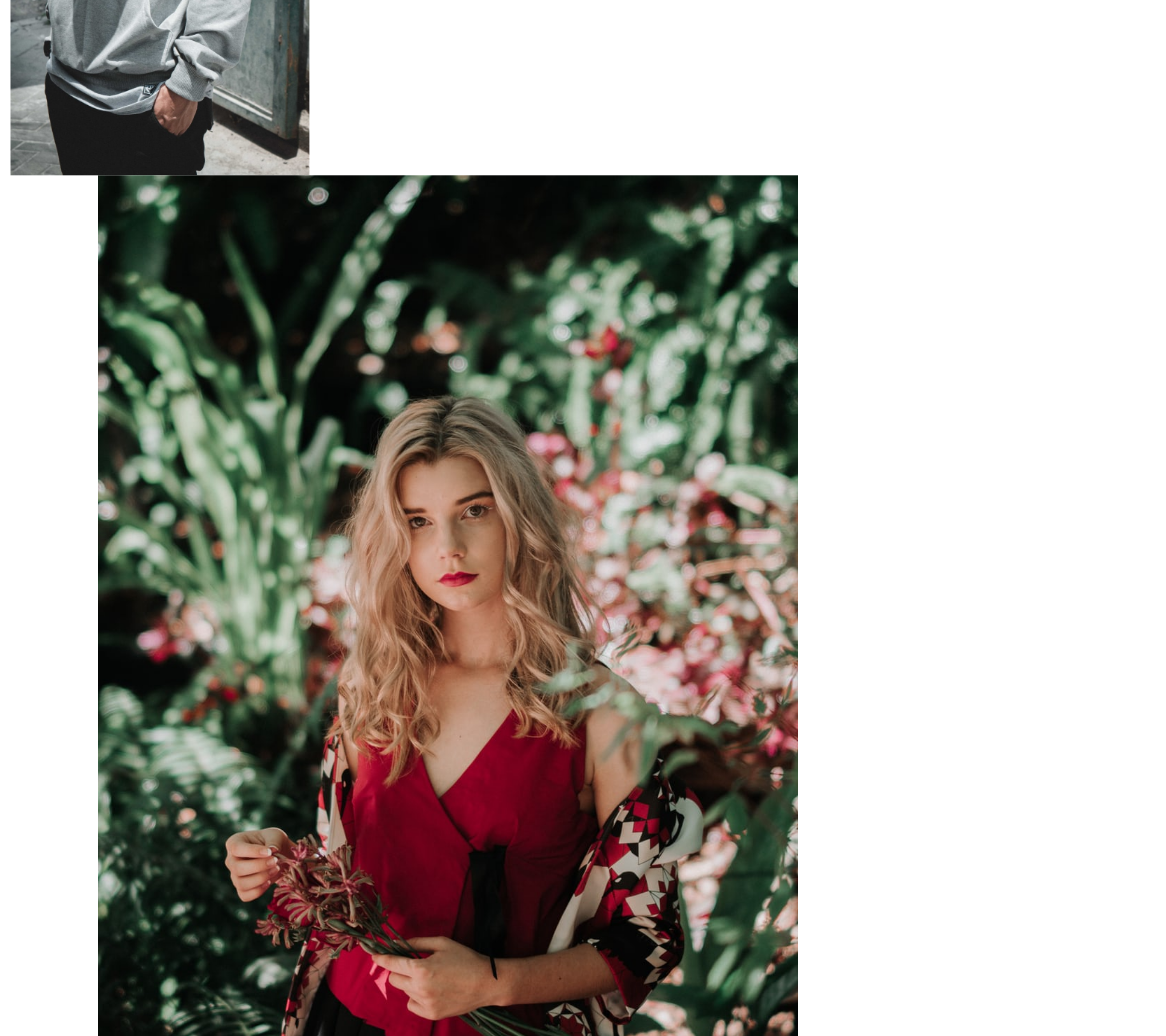
Repository: Ajtheult/Luma-Challenge-Site
Page: /
These files come from the project's save history. The page is drawn as it stood at one moment and after the next save; the edit follows.
The browser window is 1280 px wide. The page is 1665 px wide, so the pictures cover 1665 px, including what lies to the right of the window. The pictures show the part of the page from y = 1189 to 2669 px (the page is 4433 px tall before and 6204 px after), at 70% of full size.
The project was rebuilt for these pictures with package versions that can differ from the ones it lists, and the page was loaded fresh each time.

Above is the page before, as saved 2020-08-31 12:10:33.

### public/index.html
<!DOCTYPE html>
<html lang="en">
  <head>
    <meta charset="utf-8" />
    <link rel="icon" href="%PUBLIC_URL%/favicon.ico" />
    <meta name="viewport" content="width=device-width, initial-scale=1" />
    <meta name="theme-color" content="#000000" />
    <meta
      name="description"
      content="Web site created using create-react-app"
    />

    <link rel="manifest" href="%PUBLIC_URL%/manifest.json" />
    <!-- Font Awesome -->
    <link
      rel="stylesheet"
      href="https://use.fontawesome.com/releases/v5.7.2/css/all.css"
      integrity="sha384-fnmOCqbTlWIlj8LyTjo7mOUStjsKC4pOpQbqyi7RrhN7udi9RwhKkMHpvLbHG9Sr"
      crossorigin="anonymous"
    />
    <!-- Font Awesome -->
    <title>E-complete</title>
  </head>
  <body>
    <noscript>You need to enable JavaScript to run this app.</noscript>
    <div id="root"></div>
  </body>
</html>

### src/App.js
import React from "react";

// Imported modules
import { BrowserRouter as Router, Switch, Route } from "react-router-dom";
// Imported modules

// Imported pages
import Home from "./components/layout/pages/Home";
// Imported pages

// Global css
import "./App.css";
// Global css

function App() {
  return (
    <Router>
      <div className="App">
        <Switch>
          <Route exact path="/" component={Home} />
        </Switch>
      </div>
    </Router>
  );
}

export default App;

### src/components/layout/pages/Home.js
import React from "react";
import Navbar from "../nav/Navbar";
import Container from "react-bootstrap/Container";
import Row from "react-bootstrap/Row";
import Col from "react-bootstrap/Col";
import Carousel from "react-bootstrap/Carousel";
// Images
import yoga from "../resources/yoga.jpg";
import yogatwo from "../resources/yoga-two.jpg";
import yogathree from "../resources/yoga-three.jpg";

import shoe from "../resources/shoe.jpg";
import hoodie from "../resources/hoodie.jpg";
import beach from "../resources/beach.jpg";
import garden from "../resources/garden.jpg";
import forest from "../resources/forest.jpg";

import "./Home.css";

const Home = () => {
  return (
    <div>
      <Navbar />
      <Container fluid>
        <Row>
          <Col>
            {/* Carousel */}
            <Carousel>
              <Carousel.Item>
                <img
                  className="d-block w-100 top_size"
                  src={yoga}
                  alt="First slide"
                />
                <Carousel.Caption>
                  <h3>New ULT yoga collection</h3>
                  <p>Clothing that is perfect for zen sessions</p>
                </Carousel.Caption>
              </Carousel.Item>
              <Carousel.Item>
                <img
                  className="d-block w-100 top_size"
                  src={yogatwo}
                  alt="Third slide"
                />

                <Carousel.Caption>
                  <h3>New ULT yoga collection</h3>
                  <p>Beautiful bracelets to fit the look</p>
                </Carousel.Caption>
              </Carousel.Item>
              <Carousel.Item>
                <img
                  className="d-block w-100 top_size"
                  src={yogathree}
                  alt="Third slide"
                />

                <Carousel.Caption>
                  <h3>New ULT yoga collection</h3>
                  <p>Be happy...like her...don't you wanna be happy?</p>
                </Carousel.Caption>
              </Carousel.Item>
            </Carousel>
          </Col>
        </Row>
        <Row>
          <Col>
            <div class="container bg-no-overlay">
              <div class="row text-center">
                <h1>This is a background image with NO overlay.</h1>
              </div>
            </div>
          </Col>
          <Col>
            <div class="container bg-no-overlay-two">
              <div class="row text-center">
                <h1>This is a background image with NO overlay.</h1>
              </div>
            </div>
          </Col>
        </Row>
        <Row>
          <Col>
            <div class="container bg-no-overlay-three">
              <div class="row text-center">
                <h1>This is a background image with NO overlay.</h1>
              </div>
            </div>
          </Col>
          <Col>
            <div class="container bg-no-overlay-three">
              <div class="row text-center">
                <h1>This is a background image with NO overlay.</h1>
              </div>
            </div>

            <img src={garden} alt="hoodie" className="right_size" />
          </Col>
        </Row>
        <Row>
          <Col>
            <img src={forest} alt="hoodie" className="bottom_size" />
          </Col>
        </Row>
      </Container>
    </div>
  );
};

export default Home;

### src/components/layout/nav/Navbar.js
import React from "react";
import Nav from "react-bootstrap/Nav";

import Form from "react-bootstrap/Form";

import "./Navbar.css";

const Navbar = () => {
  return (
    <div>
      <Nav className="justify-content-left" activeKey="/home">
        <Nav.Link href="/home">
          <img
            src="https://images.unsplash.com/photo-1462899006636-339e08d1844e?ixlib=rb-1.2.1&ixid=eyJhcHBfaWQiOjEyMDd9&auto=format&fit=crop&w=1050&q=80"
            alt="logo"
            className="logo"
          />
        </Nav.Link>
        <h6 className="logo-text">ULT</h6>
        <Nav.Link className="search_bar">
          {" "}
          <Form>
            <Form.Row>
              <Form.Group>
                <Form.Control
                  className="search_bar"
                  type="search"
                  placeholder="Search engine store here... "
                />
              </Form.Group>
            </Form.Row>
          </Form>
        </Nav.Link>
        <Nav.Link></Nav.Link>
        <i class="fas fa-shopping-cart icon"></i>
      </Nav>
      <Nav className="justify-content-left bottom_nav" activeKey="/home">
        <Nav.Item>
          <Nav.Link href="#" className="colour_of_nav_text">
            What's New
          </Nav.Link>
        </Nav.Item>
        <Nav.Item>
          <Nav.Link href="#" className="colour_of_nav_text">
            Women
          </Nav.Link>
        </Nav.Item>
        <Nav.Item>
          <Nav.Link href="#" className="colour_of_nav_text">
            Men
          </Nav.Link>
        </Nav.Item>
        <Nav.Item>
          <Nav.Link href="#" className="colour_of_nav_text">
            Gear
          </Nav.Link>
        </Nav.Item>
        <Nav.Item>
          <Nav.Link href="#" className="colour_of_nav_text">
            Training
          </Nav.Link>
        </Nav.Item>
        <Nav.Item>
          <Nav.Link href="#" className="colour_of_nav_text">
            Sale
          </Nav.Link>
        </Nav.Item>
      </Nav>
    </div>
  );
};

export default Navbar;

### src/components/layout/pages/Home.css
.top_size {
  width: 100%;
  height: 500px;
  margin-top: 1%;
}

.bg-no-overlay {
  /* Left */
  background: url("../resources/hoodie.jpg");
  background-repeat: no-repeat;
  background-size: cover;
  background-position: center center;
  color: #fff;
  float: left;
  width: 70%;
  height: 800px;
  margin-top: 5%;
}

.bg-no-overlay-two {
  /* top */
  background: url("../resources/shoe.jpg");
  background-repeat: no-repeat;
  background-size: cover;
  background-position: center center;
  color: #fff;
  width: 132%;
  height: 400px;
  margin-top: 5%;
  float: right;
}

.bg-no-overlay-three {
  /* middle */
  background: url("../resources/beach.jpg");
  background-repeat: no-repeat;
  background-size: cover;
  background-position: center center;
  color: #fff;
  width: 60%;
  height: 388px;
  margin-top: -53%;
  margin-right: -32%;
  float: right;
}

.bg-no-overlay-four {
  /* right */
  background: url("../resources/garden.jpg");
  background-repeat: no-repeat;
  background-size: cover;
  background-position: center center;
  color: #fff;
  width: 70%;
  height: 157.5%;
  margin-top: 28%;
  margin-left: 20%;
  float: right;
}

.right_size {
  z-index: -1;
}

.bottom_size {
  width: 64.8%;
  height: 150%;
  margin-top: 23%;
  margin-left: -35.5%;
  z-index: -1;
}

.carousel-caption {
  background-color: rgba(129, 41, 41, 0.493);
  width: 70%;
}

### src/components/layout/nav/Navbar.css
.bottom_nav {
  background-color: rgb(233, 224, 224);
  margin-top: -10px;
}

.colour_of_nav_text {
  color: black;
  font-size: 80%;
}

.logo {
  width: 50px;
  height: 50px;
  border-radius: 50%;
}

.logo-text {
  margin-top: 13px;
  font-size: 30px;
}

.search_bar {
  margin-left: auto;
  margin-top: 5px;
  font-size: 10px;
}

.icon {
  margin-top: 25px;
  margin-right: 20px;
  color: grey;
}

Loaded but not shown: src/index.js (common file); src/App.css (common file)

After the next save:
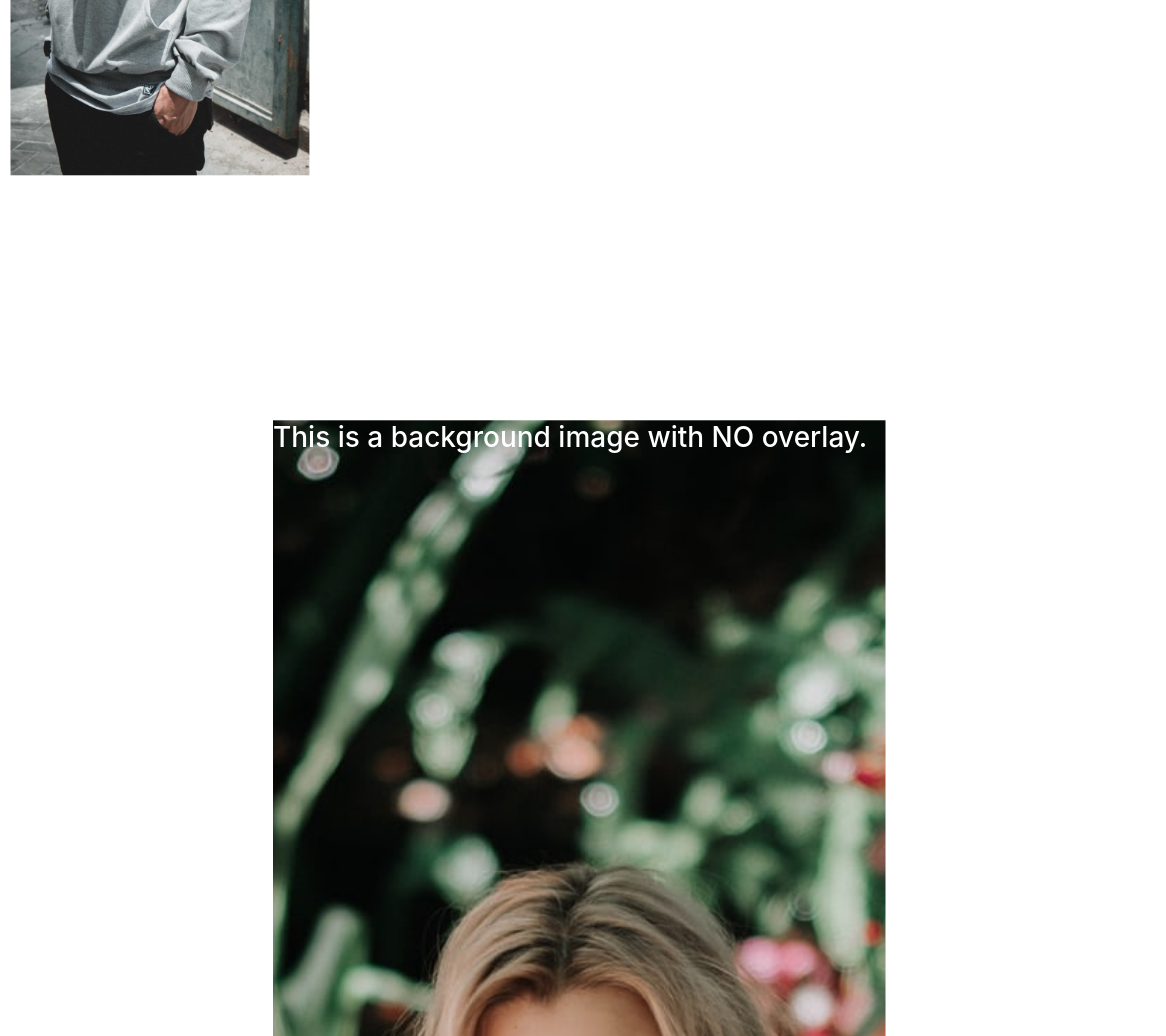
Saved 13 s later.
--- a/src/components/layout/pages/Home.js
+++ b/src/components/layout/pages/Home.js
@@ -89,7 +89,7 @@
             </div>
           </Col>
           <Col>
-            <div class="container bg-no-overlay-three">
+            <div class="container bg-no-overlay-four">
               <div class="row text-center">
                 <h1>This is a background image with NO overlay.</h1>
               </div>
